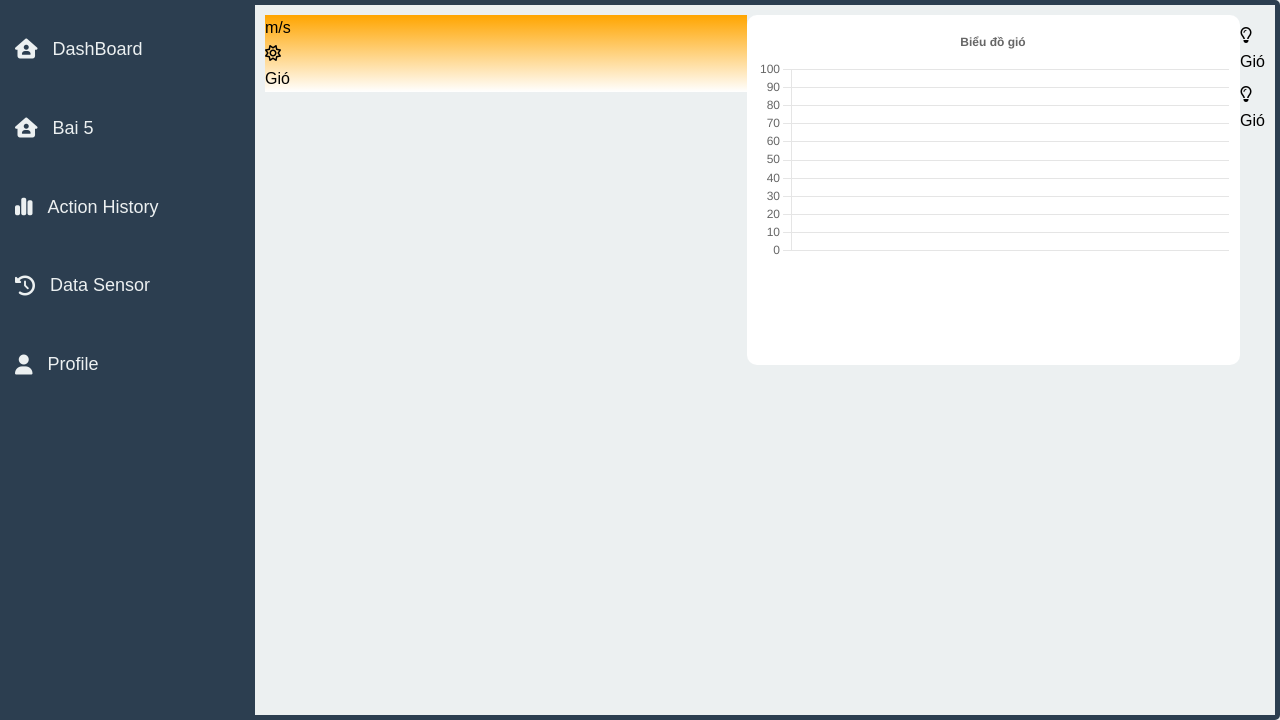
Repository: duongnoob23/duyyyy
Page: /bai5 (app in iot/)
These files come from the project's save history. The page is drawn as it stood at one moment and after the next save; the edit follows.
The browser window is 1280 px wide. The pictures show the whole page.
The page's requests for data from a server got no answer. Some web libraries are served in a nearby version. The project was rebuilt for these pictures with package versions that can differ from the ones it lists, and the page was loaded fresh each time. No one was signed in, and anything a server would have sent is missing. Also part of the build but not shown: iot/src/App.css, iot/src/Components/Doughnut/GaugeChart.js, iot/src/Components/LineChart/LineChartECharts.js, iot/src/Pages/Home/Home.js, iot/src/Pages/DataLogs/DataLogs.js, iot/src/Pages/Profile/Profile.css, iot/src/Pages/Profile/Profile.js, iot/src/Pages/Action/Action.js and 1 more.

Above is the page before, as saved 2024-12-02 21:01:10.

After the next save:
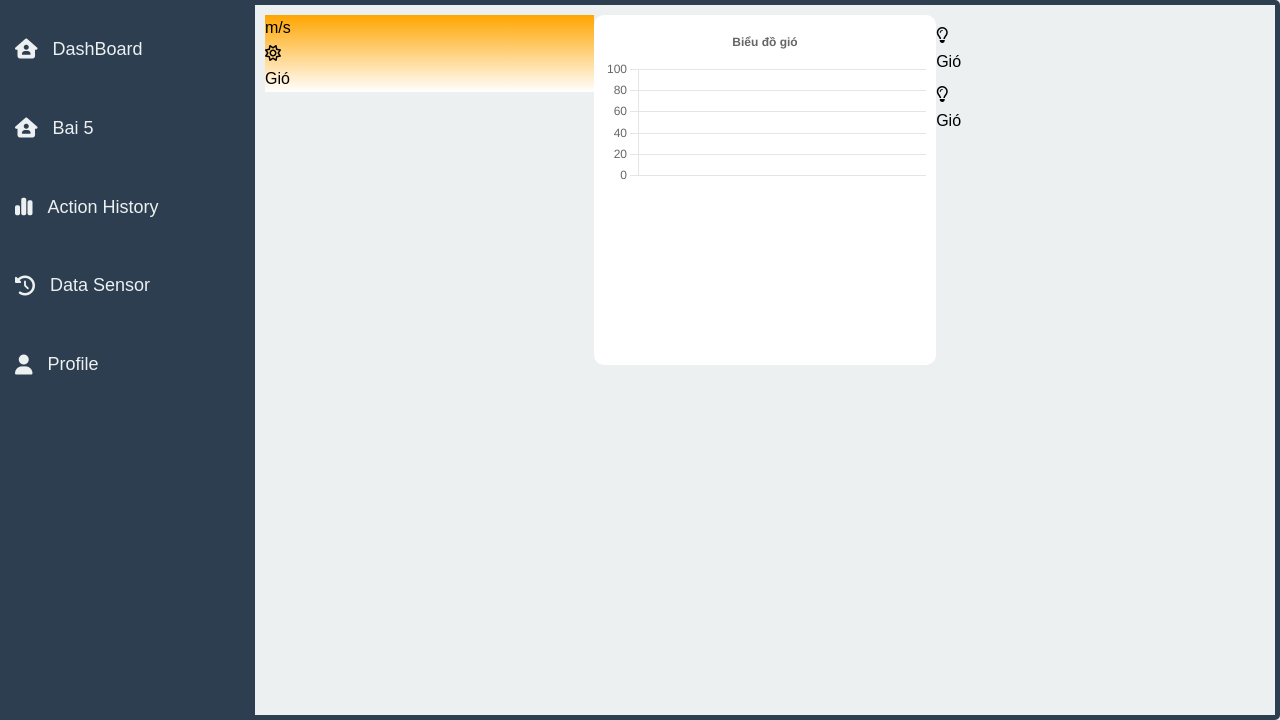
Saved 24 s later.
--- a/iot/src/Pages/Bai5/Bai5.css
+++ b/iot/src/Pages/Bai5/Bai5.css
@@ -250,3 +250,8 @@
     width: 100%;
     height: 25%;
 }
+
+.control{
+    width: 100%;
+    height: 25%;
+}
